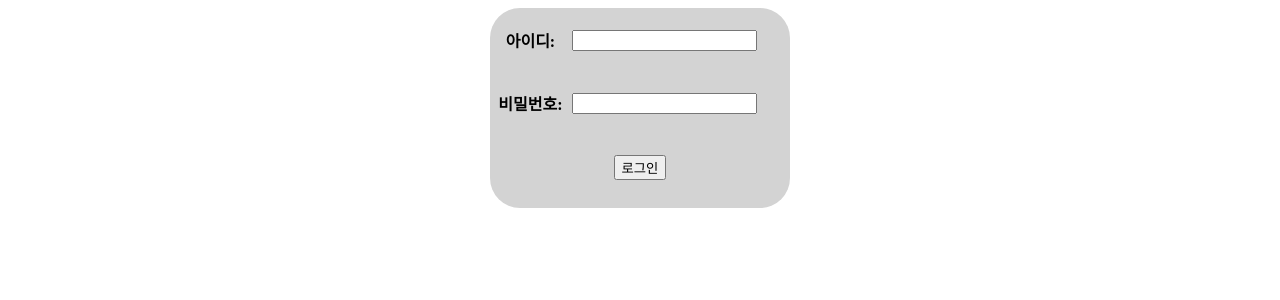
Repository: namubal78/practice-workspace
Page: http://localhost/Practice/
An editor plug-in stored every save of this project. The page is shown before and after the next save, followed by the edit.
The browser window is 1280 px wide. The pictures show the whole page.
The page is served by Tomcat 9. Nobody is signed in. The application's start-up code is not run. Other server files are loaded and not shown.

Above is the page before, as saved 2023-03-03 08:50:52.

### Practice/src/main/webapp/index.jsp
<%@ page language="java" contentType="text/html; charset=utf-8"
    pageEncoding="utf-8" import="com.gasystem.practice.member.model.vo.Member"%>
<%@ taglib prefix="c" uri="http://java.sun.com/jsp/jstl/core" %>
<%

	Member loginUser = (Member)session.getAttribute("loginUser");
	String alertMsg = (String)session.getAttribute("alertMsg");

%>
<!DOCTYPE html>
<html lang="en">
<head>
    <meta charset="UTF-8">
    <meta http-equiv="X-UA-Compatible" content="IE=edge">
    <meta name="viewport" content="width=device-width, initial-scale=1.0">
    <title>Document</title>
    <style>

        div{
            box-sizing: border-box;
            /* border: 1px solid black; */
        }

        #loginBox {
			background-color: lightgray;
			border-radius: 30px;
			width: 300px;
			height: 200px;
			margin: auto;
        }

		.loginTable {
			margin-left: auto;
			margin-right: auto;
			margin-top: auto;
			margin-bottom: auto;
			width: 300px;
			height: 200px;
		}

    </style>
    <script src="https://ajax.googleapis.com/ajax/libs/jquery/3.5.1/jquery.min.js"></script>
</head>
<body>

    <div id="loginBox">

		<% if(loginUser == null) { %>
	        <form action="login.me" method="post">

				<table class="loginTable">
	                <tr>
	                    <th>아이디: </th>
	                    <td><input type="text" name="memberId" required></td>
	                </tr>
	                <tr>
	                    <th>비밀번호: </th>
	                    <td><input type="password" name="memberPwd" required></td>
	                </tr>
	                <tr>
	                    <th colspan="2">
	                        <button type="submit">로그인</button>
	                    </th>
	                </tr>
	                <tr>
	                	<th colspan="2">
	                		<c:if test="${empty alertMsg}">
	                			<c:out value="" />
	                		</c:if>
	                		<c:if test="${not empty alertMsg}">
	                			<c:out value="${alertMsg }" />
	                		</c:if>
	                	</th>
	                </tr>
	            </table>


	        </form>
        <% } else { %>

        <div>
			<table class="loginTable">
        		<tr>
        			<th><p><%= alertMsg %></p></th>
        		</tr>
        		<tr>
        			<th><p><%= loginUser.getMemberName()%>님</p></th>
        		</tr>
        		<tr>
        			<th><a href="logout.me">로그아웃</a></th>
        		</tr>
        	</table>
        </div>

        <% } %>

    </div>

</body>
</html>

After the next save:
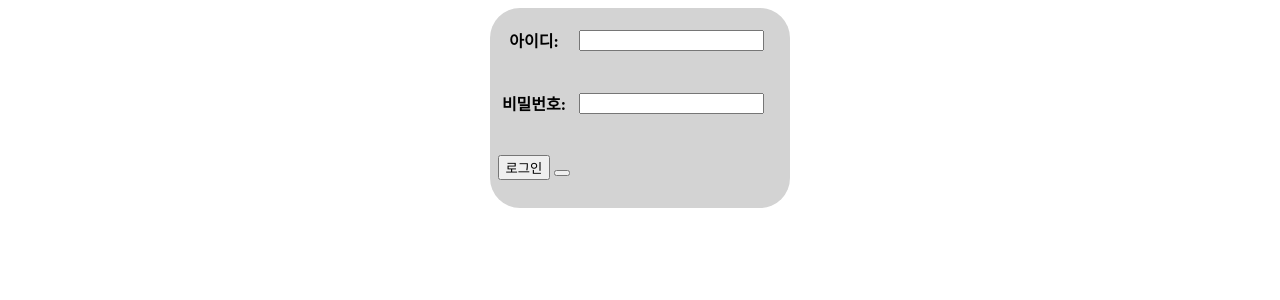
Saved 68 s later.
--- a/Practice/src/main/webapp/index.jsp
+++ b/Practice/src/main/webapp/index.jsp
@@ -58,8 +58,9 @@
 	                    <td><input type="password" name="memberPwd" required></td>
 	                </tr>
 	                <tr>
-	                    <th colspan="2">
+	                    <th>
 	                        <button type="submit">로그인</button>
+	                        <button onclick="location.href=''"></button>
 	                    </th>
 	                </tr>
 	                <tr>
